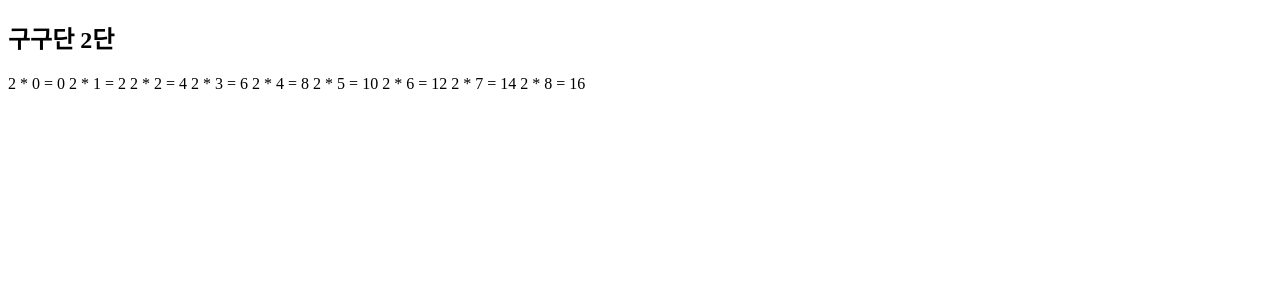
Repository: poiup/jsp_practice
Page: http://localhost/20210128/jspTag/Scriptlet.jsp
These files come from the project's save history. The page is drawn as it stood at one moment and after the next save; the edit follows.
The browser window is 1280 px wide. The pictures show the whole page.
The page is served by Tomcat 9.

Above is the page before, as saved 2022-01-28 02:39:06.

### 20210128/src/main/webapp/jspTag/Scriptlet.jsp
<%@ page language="java" contentType="text/html; charset=UTF-8"
    pageEncoding="UTF-8"%>
<!DOCTYPE html>
<html>
<head>
<meta charset="UTF-8">
<title>Insert title here</title>
</head>
<body>
	<!-- 하단에 구구닫ㄴ 코드를 작성해주세요
	System.out.println() 이 괄호내 구문에 콘솔이 찍히게 해줫다면
	out.println()은 html화면에 괄호 내 구문을 콘솔에 찍히게 해줍니다.
	(javascript의 document.write()와 같은역활 -->
	<h2>구구단 2단</h2>
	<% for(int i = 0; i< 9; i++){
		out.println(2 + " * " + i + " = " + 2*i);
	}
		%>
</body>
</html>

After the next save:
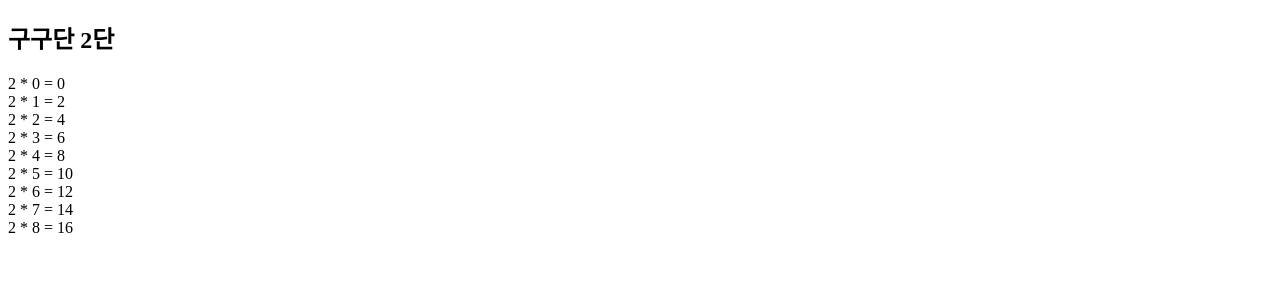
Saved 33 s later.
--- a/20210128/src/main/webapp/jspTag/Scriptlet.jsp
+++ b/20210128/src/main/webapp/jspTag/Scriptlet.jsp
@@ -14,6 +14,9 @@
 	<h2>구구단 2단</h2>
 	<% for(int i = 0; i< 9; i++){
 		out.println(2 + " * " + i + " = " + 2*i);
+		%>
+		</br>
+		<%
 	}
 		%>
 </body>
